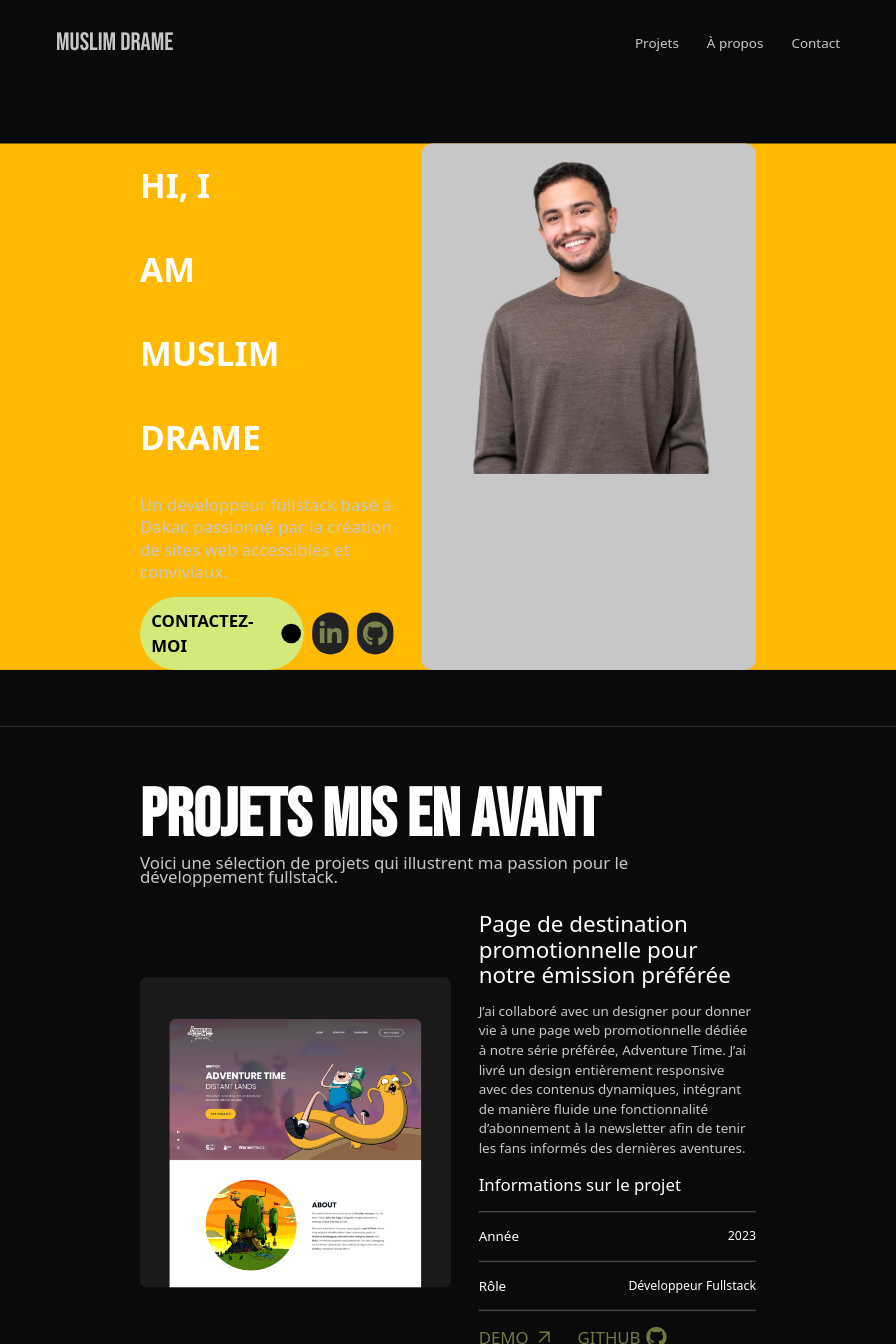
Repository: muslimdrame37-oss/Portfolio1
Page: src/index.html
The author's editor kept a copy of each file at every save. The page is drawn from the files as they stood at one save, then again after a run of saves.
The browser window is 1280 px wide. The pictures show the part of the page from y = 0 to 1920 px (the page is 4845 px tall), at 70% of full size.
Some web fonts or font styles are not loaded; a fallback is used. Some web libraries are served in a nearby version.

Above is the page before, as saved 2026-02-11 18:48:12.

After the next 2 saves:
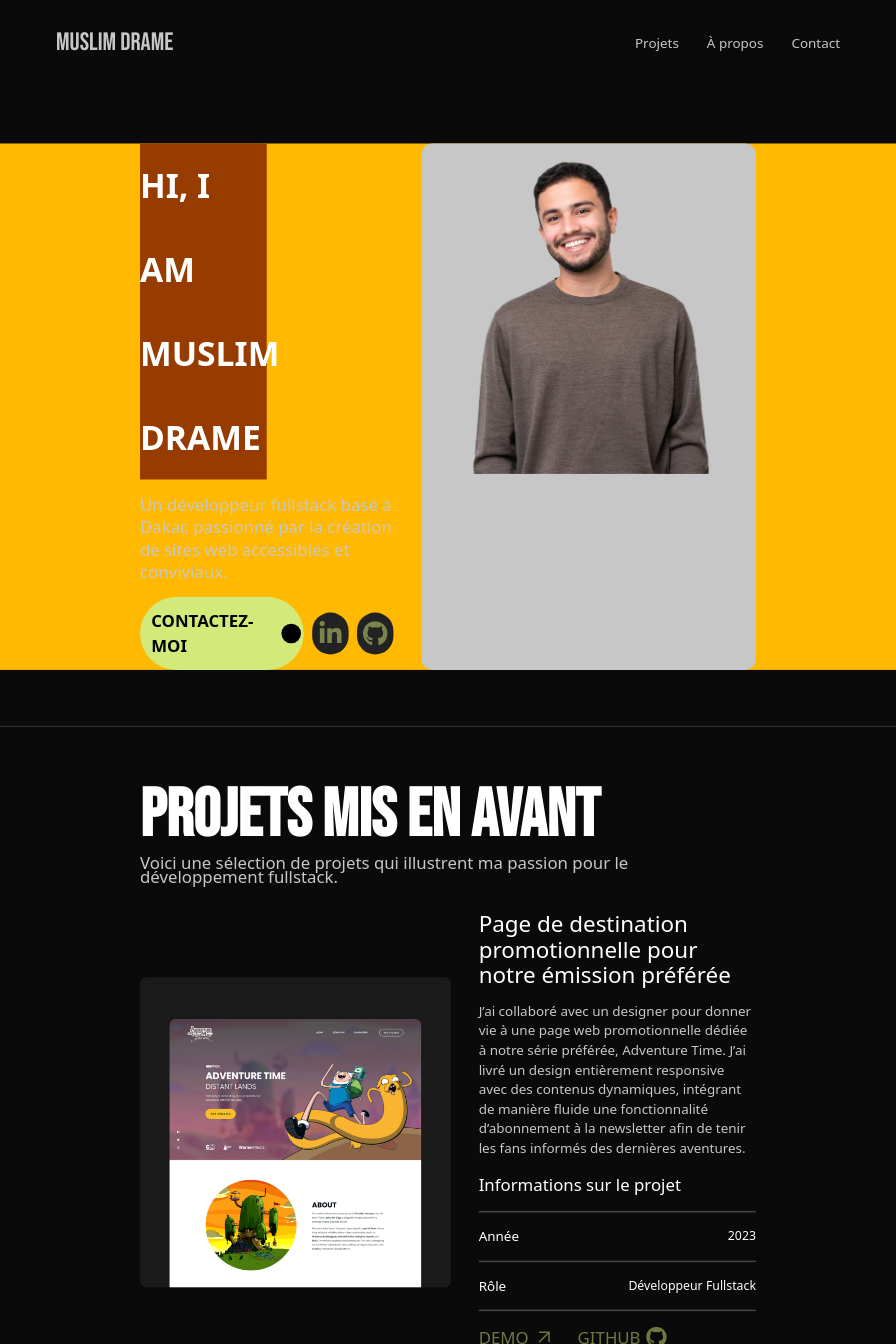
The 2 saves are shown as one change because they came seconds apart.
The last was saved 11 s later.
--- a/src/index.html
+++ b/src/index.html
@@ -46,7 +46,7 @@
         <section class="px-5 mt-20 flex flex-col justify-between gap-10 lg:flex-row lg:px-50 bg-amber-400" aria-label="Section d'accueil">
             <!-- Contenu texte -->
             <div class="flex flex-col gap-5 justify-center lg:w-1/2">
-                <h2 class="text-white text-[3rem] lg:text-[5rem] lg:font-bold lg:leading-30 leading-15 lg:w-1/2">HI, I AM MUSLIM DRAME</h2>
+                <h2 class="text-white text-[3rem] lg:text-[5rem] lg:font-bold lg:leading-30 leading-15 lg:w-1/2 bg-amber-800">HI, I AM MUSLIM DRAME</h2>
                 <p class="text-1xl text-[#C7C7C7] lg:text-2xl">
                     Un développeur fullstack basé à Dakar, passionné par la création de sites web accessibles et conviviaux.
                 </p>

After the save that followed:
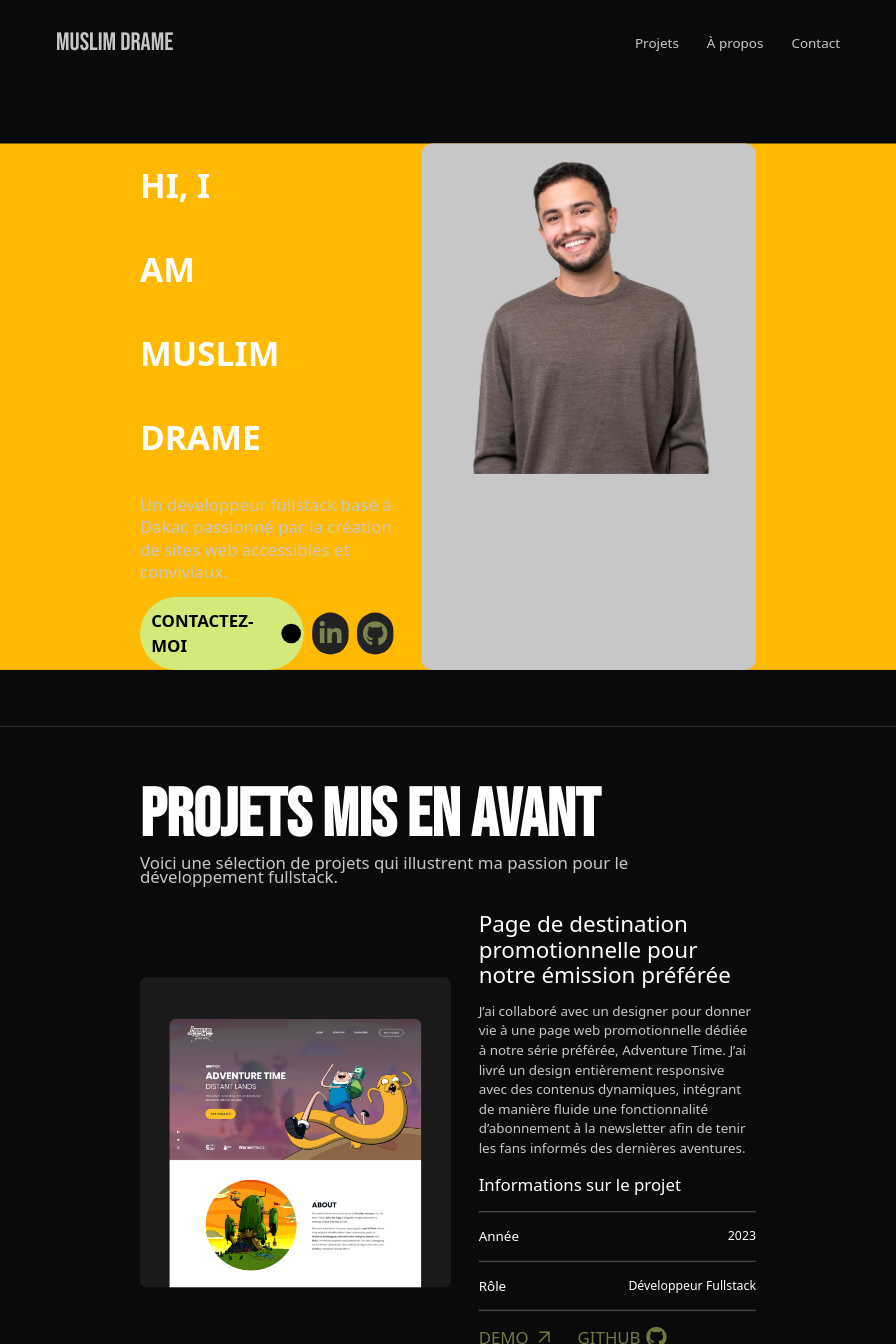
Saved 8 s later.
--- a/src/index.html
+++ b/src/index.html
@@ -46,7 +46,7 @@
         <section class="px-5 mt-20 flex flex-col justify-between gap-10 lg:flex-row lg:px-50 bg-amber-400" aria-label="Section d'accueil">
             <!-- Contenu texte -->
             <div class="flex flex-col gap-5 justify-center lg:w-1/2">
-                <h2 class="text-white text-[3rem] lg:text-[5rem] lg:font-bold lg:leading-30 leading-15 lg:w-1/2 bg-amber-800">HI, I AM MUSLIM DRAME</h2>
+                <h2 class="text-white text-[3rem] lg:text-[5rem] lg:font-bold lg:leading-30 leading-15 lg:w-1/2">HI, I AM MUSLIM DRAME</h2>
                 <p class="text-1xl text-[#C7C7C7] lg:text-2xl">
                     Un développeur fullstack basé à Dakar, passionné par la création de sites web accessibles et conviviaux.
                 </p>
